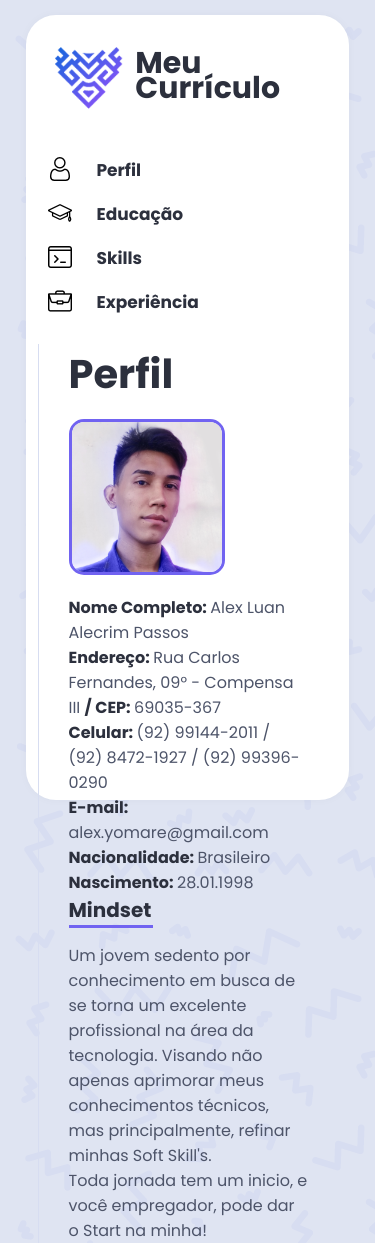
Repository: 4lex-passos/MeuPrimeiroSite
Page: index.html
These files come from the project's save history. The page is drawn as it stood at one moment and after the next save; the edit follows.
The browser window is 375 px wide. The pictures show the whole page.

Above is the page before, as saved 2020-10-02 16:48:55.

### index.html
<!DOCTYPE html>

<html>
  <head lang="pt-br">
    <meta charset="UTF-8">
    <meta name="viewport" content="width=device-width, initial-scale=1.0">
    <link rel="stylesheet" href="css/style.css">
    <link rel="shortcut icon" type="image/png" href="imagens/Owl.png">
    <title>Meu Currículo</title>
  </head>

  <body>
    <div class="conteiner">
      <div class="box">

        <aside class="naveg">
          <header class="logo">
            <img src="imagens/Owl.png"
                 alt="Foto de perfil">
            <h1>Meu<br>Currículo</h1>
          </header>
          <main>
            <nav>
              <ul>
                <li>
                  <img src="imagens/perfil-icon.png">
                  <a href="index.html" class="icon">Perfil</a>
                </li>
                <li>
                  <img src="imagens/education-icon.png">
                  <a href="educacao.html" class="icon">Educação</a>
                </li>
                <li>
                  <img src="imagens/skills-icon.png">
                  <a href="skills.html" class="icon">Skills</a>
                </li>
                <li>
                  <img src="imagens/experiencia-icon.png">
                  <a href="experiencia.html" class="icon">Experiência</a>
                </li>
              </ul>
            </nav>
          </main>
        </aside>

        <aside class="feed">
          <main>
            <h1>Perfil</h1>
            <div class="painel">
              <img  src="imagens/perfil.png"
                    id="myImg"
                    onclick="myFunction()"
                    onmouseout="myFunction2()">
              <div class="info-box">
                <h2>Nome Completo: <span class="info">Alex Luan Alecrim Passos</span></h2>
                <h2>Endereço: <span class="info">Rua Carlos Fernandes, 09° - Compensa III </span>/ CEP: <span class="info">69035-367</span></h2>
                <h2>Celular: <span class="info">(92) 99144-2011 / (92) 8472-1927 / (92) 99396-0290</span></h2>
                <h2>E-mail:<span class="info"> alex.yomare@gmail.com</span></h2>
                <h2>Nacionalidade: <span class="info">Brasileiro</span></h2>
                <h2>Nascimento: <span class="info">28.01.1998</span></h2>
              </div>
            </div>
            <h3>Mindset</h3>
            <p>Um jovem sedento por conhecimento em busca de
              se torna um excelente profissional na área da tecnologia.
              Visando não apenas aprimorar meus conhecimentos técnicos, mas principalmente, refinar minhas Soft Skill's.<br>
              Toda jornada tem um inicio, e você empregador, pode dar o Start na minha! </p>
          </main>
        </aside>

      </div>
    </div>
    <script>
      function myFunction() {
        document.getElementById("myImg").style.height = "100%";
        document.getElementById("myImg").style.width = "100%";
      }
      function myFunction2() {
        document.getElementById("myImg").style.height = "150px";
        document.getElementById("myImg").style.width = "150px";
      }
      </script>
  </body>
</html>

### css/style.css
@import url('https://fonts.googleapis.com/css2?family=Poppins:wght@400;700;900&display=swap');

/*============================
| GERAL*/
html{
  font-size: 62.5%;
  color: #232325;
  font-family: 'Poppins', sans-serif;
}
body{

  background: url("../imagens/pattern2.png");
  box-sizing: border-box;
  font-size: 1.6rem;
  margin: 0;
  padding:0;
  width: 100%;
  height: 100%;
}

/*============================
| ESTILO DA PAGINA TOTAL*/
.conteiner{
  width: 100vw;
  height: 100vh;

  display: grid;
  grid-template-columns: 1fr 1fr 1fr;
  grid-template-rows: 1fr 1fr 1fr;
  grid-template-areas:". . ."
                      ". b ."
                      ". . .";
}
.box{
  display:flex;
  flex-flow: row wrap;
  grid-area: b;

  width: 60vw;
  background: #ffffff;
  border-radius: 30px;
  box-shadow: 0px 0px 10px rgba(0,0,0,.030);
  padding: 3%;
  margin-top: 15px;
}

/*============================
| CONTEINER DO MENU DE NAVEGAÇÃO*/
.naveg{
  display:flex;
  flex-flow: column;
  flex-grow: 1;
  flex-basis: 10vw;
  border-radius: 15px;
  padding: 10px 30px 10px 10px;
}
.naveg header.logo{
  display:flex;
  border-radius: 15px;
  align-items: top;
  padding: 0px;
}
.naveg header.logo img{
  margin-right: 3%;
  width: 80px;
  height: 80px;
}
.naveg header.logo h1{
  line-height: 25px;
  font-size: 3.0rem;
  color: #2c303d;
  margin-top: 1.5rem;
}
main nav ul{
  display: flex;
  flex-flow: column;
  padding:0px;
}
main nav ul li{
  display: flex;
  margin-top: 10px;
  padding: 5px 0px 5px 0px;
  list-style: none;
}
main nav ul li a{
  font-size: 1.7rem;
  text-decoration: none;
  font-weight: bolder;
  width: 100%;
  color: #2c303d;
  margin-left: 2.5rem;
}

main nav ul li a:hover{
  background: -webkit-linear-gradient(top left, #2065DF, #A28AF8);
  background: -moz-linear-gradient(top left, #2065DF, #A28AF8);
  background: linear-gradient(to bottom right, #2065DF, #A28AF8);
  -webkit-background-clip: text;
  -webkit-text-fill-color: transparent;
  font-size: 1.9rem;
  transition-duration: .1s;
}
main nav ul li .icon{
  height: 24px;
}

/*============================
| CONTEINER DO CONTEÚDO*/
.feed{
  margin: 0px;
  display: flex;
  width: 40%;
  padding: 0 30px 0 30px;
  flex-grow: 7;
  border-left: 1px solid #d7ddf1;
}
main{
  width: 100%;
}
.feed main h1{
  margin: 0 0 15px 0;
  font-size: 4.0rem;
  color: #2c303d;
}
p{
  color: #4d5469;
  margin: 0;
}
h6{
  font-size: 2.0rem;
  border-left: 5px solid #7163f1;
  padding-left: 10px;
  margin-bottom: 5px;
}
/*============================
| PERFIL*/
.feed main .painel{
  display: flex;
  flex-flow: row wrap;
  border-radius: 1.5rem;
}

.feed main img{
  width: 15.0rem;
  height: 15.0rem;
  border-radius: 1.5rem;
  margin: 0 2.0rem 2.0rem 0;
}.feed main img#myImg{
  transition-duration:.5s;
  border: 3px solid #7163f1;
}
.feed main h2{
  color:#2c303d;
  font-size: 1.6rem;
  line-height: 2.5rem;
  margin: 0px;
}
.feed main h3{
  margin: 0 0 15px 0;
  width: 8.4rem;
  color:#2c303d;
  font-size: 2.0rem;
  border-bottom: 3px solid #7163f1;
}
.feed main span.info{
  color: #4d5469;
  font-weight: normal;
}

/*============================
| EDUCAÇÃO: ENSINO MÉDIO*/
.feed main .cards{
  width: 100%;
  display: flex;
  flex-flow: wrap row;
  justify-content: space-between;
}
div.en-medio .over{
  display: flex;
  justify-content: center;
  align-items: center;
  position: absolute;
  width: 100%;
  height: 100%;
  background: #ffffff;
  border-radius: 1.5rem;
  transition-duration: .3s;
}
div.en-medio .over:hover{
  opacity: 0%;
  transition-duration: .2s;
}
.feed main .en-medio{
  position: relative;
  display: flex;
  flex-flow: wrap column;
  justify-content: center;
  align-items: center;
  color:#ffffff;
  border-radius: 1.5rem;
  width: 39.0rem;
  height: 400px;
  margin-bottom: 20px;
}

div.en-medio h1{
  line-height: 5.0rem;
  color:rgba(0,0,0,.4);
  background: -webkit-linear-gradient(top left, #2065DF, #A28AF8);
  background: -moz-linear-gradient(top left, #2065DF, #A28AF8);
  background: linear-gradient(to bottom right, #2065DF, #A28AF8);
  -webkit-background-clip: text;
  -webkit-text-fill-color: transparent;
  font-size: 4.5rem;
  text-align: center;
  padding: 10px 0 10px 0;
}
div.en-medio h2{
  margin: 10px 0 10px 0;
  color: #8cbd18;
  font-size: 4.0rem;
  text-align: center;
}
div.en-medio p{
  width: 80%;
  color: #2c303d;
  font-size: 1.5rem;
  text-align: center;
  margin: 0px;
}
div.en-medio h4{
  margin: 0%;
  width: 80%;
  color: #2c303d;
  font-size: 3.5rem;
  text-align: center;
}
div.en-medio h5{
  margin: 0%;
  width: 80%;
  color: #ffffff;
  font-size: 6.5rem;
  text-align: center;
}
/*============================
| EDUCAÇÃO: ENSINO SUPERIOR*/
div.en-superior .over{
  display: flex;
  justify-content: center;
  align-items: center;
  position: absolute;
  width: 100%;
  height: 100%;
background: #ffffff;
  border-radius: 1.5rem;
  transition-duration: .3s;
}
div.en-superior .over:hover{
  opacity: 0%;
  transition-duration: .2s;
}
.feed main .en-superior{
  position: relative;
  display: flex;
  flex-flow: wrap column;
  justify-content: center;
  align-items: center;
  color:#ffffff;
  border-radius: 1.5rem;
  width: 39.0rem;
  height: 400px;
}

div.en-superior h1{
  line-height: 5.0rem;
  color:rgba(0,0,0,.4);
  background: -webkit-linear-gradient(top left, #2065DF, #A28AF8);
  background: -moz-linear-gradient(top left, #2065DF, #A28AF8);
  background: linear-gradient(to bottom right, #2065DF, #A28AF8);
  -webkit-background-clip: text;
  -webkit-text-fill-color: transparent;
  font-size: 4.5rem;
  text-align: center;
  padding: 10px 0 10px 0;
}
div.en-superior h2{
  margin: 10px 0 10px 0;
  color: #f1a71e;
  font-size: 4.0rem;
  text-align: center;
}
div.en-superior p{
  width: 80%;
  color: #2c303d;
  font-size: 1.5rem;
  text-align: center;
  margin: 0px;
}
div.en-superior h4{
  margin: 0%;
  width: 80%;
  color: #2c303d;
  font-size: 2.5rem;
  text-align: center;
}
div.en-superior h5{
  margin: 0%;
  width: 80%;
  color: #ffffff;
  font-size: 6.5rem;
  text-align: center;
}

@media (max-width: 600px) {
  .conteiner{
    display: flex;
    justify-content: center;
    align-items: none;
  }
  .box{
    display:flex;
    width: 80vw;
}

After the next save:
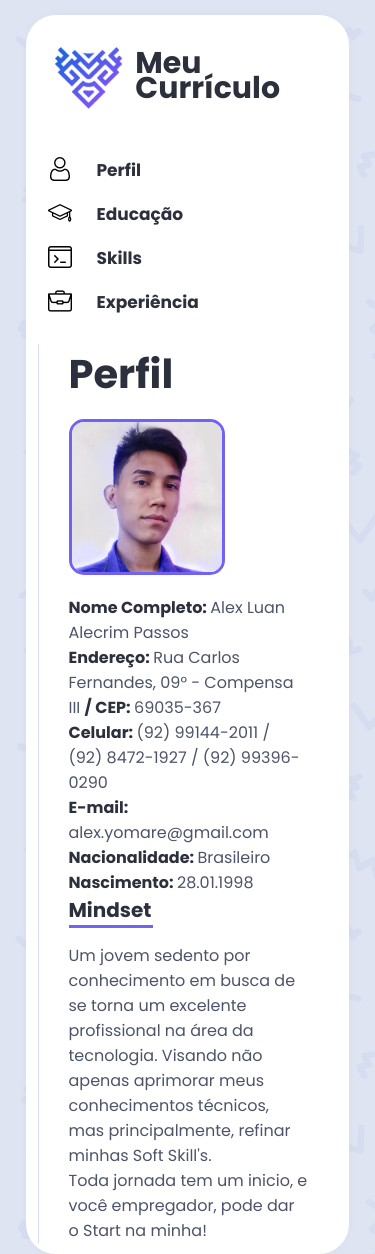
Saved 8 s later.
--- a/css/style.css
+++ b/css/style.css
@@ -315,7 +315,7 @@ div.en-superior h5{
   .conteiner{
     display: flex;
     justify-content: center;
-    align-items: none;
+    align-items: flex-start;
   }
   .box{
     display:flex;
